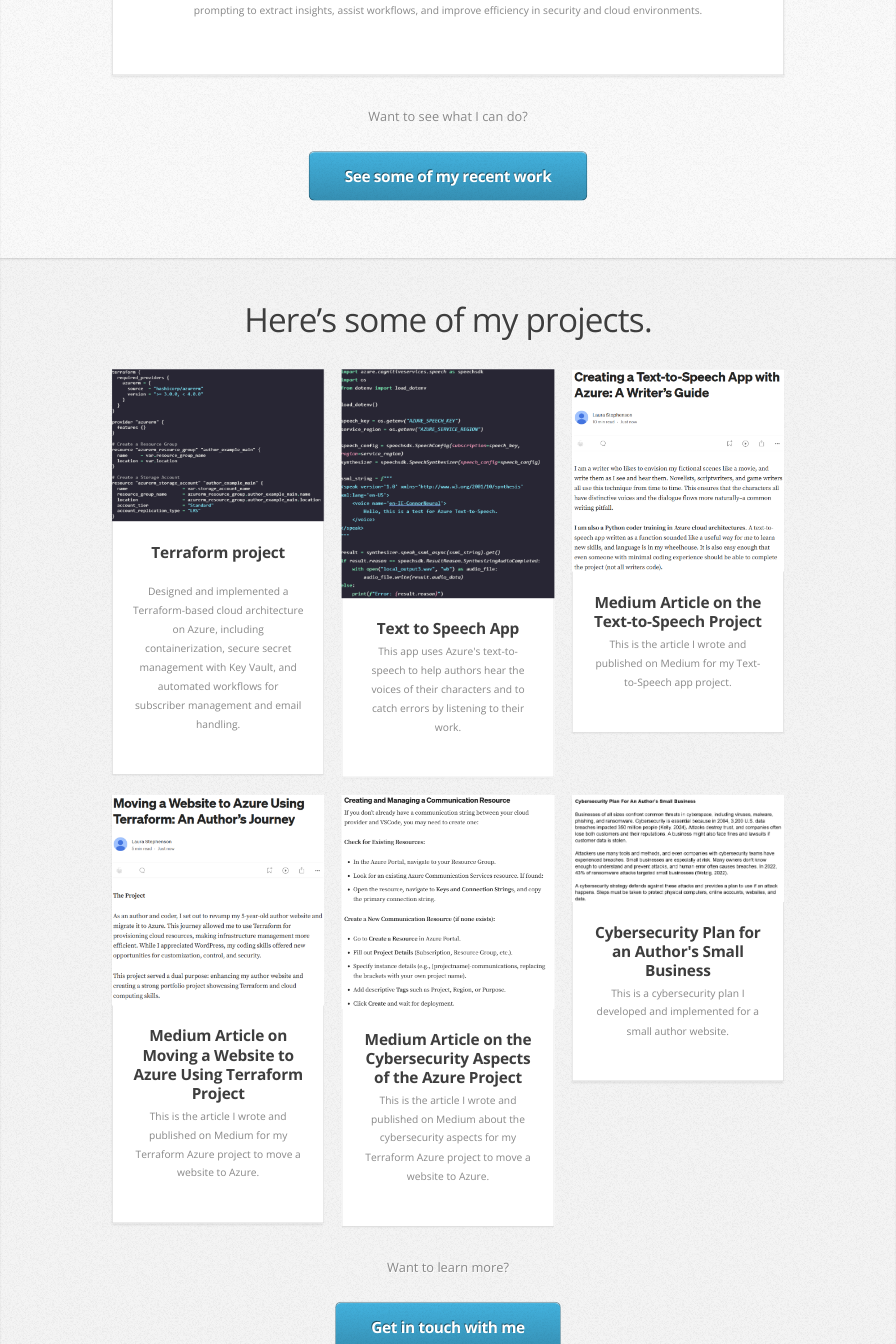
Repository: lauralstephenson/Portfolio_Personal
Page: index.html
These files come from the project's save history. The page is drawn as it stood at one moment and after the next save; the edit follows.
The browser window is 1280 px wide. The pictures show the part of the page from y = 1642 to 3562 px (the page is 4048 px tall), at 70% of full size.
A picture or video elsewhere on the page could not be fetched, so the positions and the page height are approximate.

Above is the page before, as saved 2026-04-21 15:15:44.

### index.html
<!DOCTYPE HTML>
<!--
	Miniport by HTML5 UP
	html5up.net | @ajlkn
	Free for personal and commercial use under the CCA 3.0 license (html5up.net/license)
-->

<html lang="en">
	<head>
		<title>Laura Stephenson Cloud Portfolio Webpage</title>
		<meta charset="utf-8">
		<meta name="viewport" content="width=device-width, initial-scale=1">
		<!-- Font Awesome -->
		<link rel="stylesheet" href="https://cdnjs.cloudflare.com/ajax/libs/font-awesome/5.15.4/css/all.min.css">
		<link rel="stylesheet" href="assets/css/main.css">
	</head>
	<body class="is-preload">

		<!-- Nav -->
			<nav id="nav">
				<ul class="container">
					<li><a href="#top">Top</a></li>
					<li><a href="#work">Work</a></li>
					<li><a href="#portfolio">Portfolio</a></li>
					<li><a href="#contact">Contact</a></li>
				</ul>
			</nav>

		<!-- Home -->
			<article id="top" class="wrapper style1">
				<div class="container">
					<div class="row">
						<div class="col-4 col-5-large col-12-medium">
							<span class="image fit"><img src="images\Circle Cybersecurity Logo.png" alt="" /></span>
						</div>
						<div class="col-8 col-7-large col-12-medium">
							<header>
								<h1>Hi. I'm <strong>Laura Stephenson.</strong></h1>
							</header>
							<p><strong>Cybersecurity analyst focused on cloud security, automation, and Python-based solutions.</strong></p>
							<a href="#work" class="button large scrolly">Learn about what I do</a>
						</div>
					</div>
				</div>
			</article>

		<!-- Work -->
			<article id="work" class="wrapper style2">
				<div class="container">
					<header>
						<h1>Here's what I do.</h1>
					</header>
					<div class="row aln-center equal-height">
						<div class="col-4 col-6-medium col-12-small">
							<section class="box style1">
								<div class="box-content">
									<svg xmlns="http://www.w3.org/2000/svg" height="56" width="56" viewBox="0 0 512 512">
										<!--!Font Awesome Free 6.7.2 by @fontawesome - https://fontawesome.com License - https://fontawesome.com/license/free Copyright 2025 Fonticons, Inc.-->
										<path fill="#77797e" d="M256 0c4.6 0 9.2 1 13.4 2.9L457.7 82.8c22 9.3 38.4 31 38.3 57.2c-.5 99.2-41.3 280.7-213.6 363.2c-16.7 8-36.1 8-52.8 0C57.3 420.7 16.5 239.2 16 140c-.1-26.2 16.3-47.9 38.3-57.2L242.7 2.9C246.8 1 251.4 0 256 0z"/>
									</svg>
									<h3>Cyber Security</h3>
									<p>Analyze alerts, investigate network activity, and document findings in clear, structured reports using SOC workflows. Apply SIEM tools, packet analysis, and the MITRE ATT&CK framework to detect and respond to threats.</p>
								</div>
							</section>
						</div>
							<section class="box style1">
								<div class="box-content">
									<svg xmlns="http://www.w3.org/2000/svg"
									width="56" height="56"
									fill="currentColor"
									class="bi bi-cloud-arrow-up-fill"
									viewBox="0 0 16 16">
										<path d="M8 2a5.53 5.53 0 0 0-3.594 1.342c-.766.66-1.321 1.52-1.464 2.383C1.266 6.095 0 7.555 0 9.318 0 11.366 1.708 13 3.781 13h8.906C14.502 13 16 11.57 16 9.773c0-1.636-1.242-2.969-2.834-3.194C12.923 3.999 10.69 2 8 2m2.354 5.146a.5.5 0 0 1-.708.708L8.5 6.707V10.5a.5.5 0 0 1-1 0V6.707L6.354 7.854a.5.5 0 1 1-.708-.708l2-2a.5.5 0 0 1 .708 0z"/>
									</svg>
									<h3>Cloud Computing</h3>
									<p>Design and maintain secure cloud environments in Azure and AWS, with and without Terraform.</p>
								</div>
							</section>
						</div>
						<div class="col-4 col-6-medium col-12-small">
							<section class="box style1">
								<div class="box-content">
									<svg xmlns="http://www.w3.org/2000/svg" height="56" width="56" viewBox="0 0 576 512">
										<!--!Font Awesome Free 6.7.2 by @fontawesome - https://fontawesome.com License - https://fontawesome.com/license/free Copyright 2025 Fonticons, Inc.-->
										<path fill="#6f7276" d="M248 106.6c18.9-9 32-28.3 32-50.6c0-30.9-25.1-56-56-56s-56 25.1-56 56c0 22.3 13.1 41.6 32 50.6l0 98.8c-2.8 1.3-5.5 2.9-8 4.7l-80.1-45.8c1.6-20.8-8.6-41.6-27.9-52.8C57.2 96 23 105.2 7.5 132S1.2 193 28 208.5c1.3 .8 2.6 1.5 4 2.1l0 90.8c-1.3 .6-2.7 1.3-4 2.1C1.2 319-8 353.2 7.5 380S57.2 416 84 400.5c19.3-11.1 29.4-32 27.8-52.8l50.5-28.9c-11.5-11.2-19.9-25.6-23.8-41.7L88 306.1c-2.6-1.8-5.2-3.3-8-4.7l0-90.8c2.8-1.3 5.5-2.9 8-4.7l80.1 45.8c-.1 1.4-.2 2.8-.2 4.3c0 22.3 13.1 41.6 32 50.6l0 98.8c-18.9 9-32 28.3-32 50.6c0 30.9 25.1 56 56 56c30.7 0 55.6-24.7 56-55.2c-7.5-12.9-13.5-26.8-17.6-41.5c-4.2-4-9.1-7.3-14.4-9.9l0-98.8c2.8-1.3 5.5-2.9 8-4.7l10.5 6c5.5-15.3 13.1-29.5 22.4-42.5l-9.1-5.2c.1-1.4 .2-2.8 .2-4.3c0-22.3-13.1-41.6-32-50.6l0-98.8zM440.5 132C425 105.2 390.8 96 364 111.5c-19.3 11.1-29.4 32-27.8 52.8l-50.6 28.9c11.5 11.2 19.9 25.6 23.8 41.7L360 205.9c.4 .3 .8 .6 1.3 .9c21.7-9.5 45.6-14.8 70.8-14.8c2 0 4 0 5.9 .1c12.1-17.3 13.8-40.6 2.6-60.1zM432 512a144 144 0 1 0 0-288 144 144 0 1 0 0 288zm47.9-225c4.3 3.7 5.4 9.9 2.6 14.9L452.4 356l35.6 0c5.2 0 9.8 3.3 11.4 8.2s-.1 10.3-4.2 13.4l-96 72c-4.5 3.4-10.8 3.2-15.1-.6s-5.4-9.9-2.6-14.9L411.6 380 376 380c-5.2 0-9.8-3.3-11.4-8.2s.1-10.3 4.2-13.4l96-72c4.5-3.4 10.8-3.2 15.1 .6z"/>
									</svg>
									<h3>Artificial Intelligence</h3>
									<p>Apply prompt engineering techniques to use AI tools for analysis, automation, and investigation support. Use APIs and structured prompting to extract insights, assist workflows, and improve efficiency in security and cloud environments.</p>
								</div>
							</section>
						</div>
					</div>
					<footer>
						<p>Want to see what I can do?</p>
						<a href="#portfolio" class="button large scrolly">See some of my recent work</a>
					</footer>
				</div>
			</article>

		<!-- Portfolio -->
			<article id="portfolio" class="wrapper style3">
				<div class="container">
					<header>
						<h1>Here’s some of my projects.</h1>
					</header>
					<div class="row aln-center equal-height">
						<div class="col-4 col-6-medium col-12-small">
							<article class="box style2">
								<div class="box-content">
									<a href="https://github.com/lauralstephenson/pseudocode_terraform_examples_for_website" class="image featured"><img src="images\terraform_portfolio_pic.png" alt="" /></a>
									<h3><a href="https://github.com/lauralstephenson/pseudocode_terraform_examples_for_website">Terraform project</a></h3>
									<p><p>Designed and implemented a Terraform-based cloud architecture on Azure, including containerization, secure secret management with Key Vault, and automated workflows for subscriber management and email handling.</p>

									</p>
								</div>
							</article>
						</div>
						<div class="col-4 col-6-medium col-12-small">
							<article class="box style2">
								<div class="box-content">
									<a href="https://github.com/lauralstephenson/cloud_py_portfolio/tree/main/Text_to_Speech" class="image featured"><img src="images\screenshot_text_to_speech_app.png" alt="" /></a>
									<h3><a href="https://github.com/lauralstephenson/cloud_py_portfolio/tree/main/Text_to_Speech">Text to Speech App</a></h3>
									<p>This app uses Azure's text-to-speech to help authors
										hear the voices of their characters and to catch errors
										by listening to their work.
									</p>
								</div>
							</article>
						</div>
						<div class="col-4 col-6-medium col-12-small">
							<article class="box style2">
								<div class="box-content">
									<a href="https://medium.com/@lstephenson556/creating-a-text-to-speech-app-with-azure-a-writers-guide-46cbf42556f0" class="image featured"><img src="images\screenshot_medium_text_to_speech_article.png" alt="" /></a>
									<h3><a href="https://medium.com/@lstephenson556/creating-a-text-to-speech-app-with-azure-a-writers-guide-46cbf42556f0">Medium Article on the Text-to-Speech Project</a></h3>
									<p>This is the article I wrote and published on Medium for my Text-to-Speech app project.</p>
								</div>
							</article>
						</div>
						<div class="col-4 col-6-medium col-12-small">
							<article class="box style2">
								<div class="box-content">
									<a href="https://medium.com/@lstephenson556/moving-a-website-to-azure-using-terraform-an-authors-journey-1ab68dd8db76"
									class="image featured"><img src="images\screenshot_medium_terraform_azure_article.png" alt="" /></a>
									<h3><a href="https://medium.com/@lstephenson556/moving-a-website-to-azure-using-terraform-an-authors-journey-1ab68dd8db76">Medium Article on Moving a Website to Azure Using Terraform Project</a></h3>
									<p>This is the article I wrote and published on Medium for my Terraform Azure project to move a website to Azure.</p>
								</div>
							</article>
						</div>
						<div class="col-4 col-6-medium col-12-small">
							<article class="box style2">
								<div class="box-content">
									<a href="https://medium.com/@lstephenson556/cybersecurity-aspects-of-creating-an-author-website-with-terraform-12f4682b89b7"
									class="image featured"><img src="images/cybersecurity_plan_medium.png" alt="Segment of Medium article about a cybersecurity plan" /></a>
									<h3><a href="https://medium.com/@lstephenson556/cybersecurity-aspects-of-creating-an-author-website-with-terraform-12f4682b89b7">Medium Article on the Cybersecurity Aspects of the Azure Project</a></h3>
									<p>This is the article I wrote and published on Medium about the cybersecurity aspects for my Terraform Azure project to move a website to Azure.</p>
								</div>
							</article>
						</div>
						<div class="col-4 col-6-medium col-12-small">
							<article class="box style2">
								<div class="box-content">
									<a href="Cybersecurity Plan For A Small Author Business.pdf"
									class="image featured"><img src="images/cybersecurity_plan.png" alt="Snap of Cybersecurity Plan" /></a>
									<h3><a href="Cybersecurity Plan For A Small Author Business.pdf">Cybersecurity Plan for an Author's Small Business</a></h3>
									<p>This is a cybersecurity plan I developed and implemented for a small author website.</p>
								</div>
							</article>
						</div>
					</div>
					<footer>
						<p>Want to learn more?</p>
						<a href="mailto:laurastephensoncareer@gmail.com" class="button large scrolly">Get in touch with me</a>
					</footer>
				</div>
			</article>

		<!-- Contact
			<article id="contact" class="wrapper style4">
				<div class="container medium">
					<header>
						<h2>Let me build for you.</h2>
						<p>Contact me.</p>
					</header>
					<div class="row">
						<div class="col-12">
							<form method="post" action="https://<your-function-app-name>.azurewebsites.net/api/send-email">
								<div class="row">
									<div class="col-6 col-12-small">
										<input type="text" name="name" id="name" placeholder="Name" />
									</div>
									<div class="col-6 col-12-small">
										<input type="text" name="email" id="email" placeholder="Email" />
									</div>
									<div class="col-12">
										<input type="text" name="subject" id="subject" placeholder="Subject" />
									</div>
									<div class="col-12">
										<textarea name="message" id="message" placeholder="Message"></textarea>
									</div>
									<div class="col-12">
										<ul class="actions">
											<li><input type="submit" value="Send Message" /></li>
											<li><input type="reset" value="Clear Form" class="alt" /></li>
										</ul>
									</div>
								</div>
							</form>
						</div -->

						<div class="col-12 center-content footer-custom">
							<hr />
							<p class="find-me-on">Find me on...</p>
							<div class="footer-custom">
								<ul class="social">
									<li><a href="https://www.linkedin.com/in/laurastephenson82/">
										<i class="fab fa-linkedin"></i></a></li>
									<li><a href="https://github.com/lauralstephenson/">
										<i class="fab fa-github"></i></a></li>
									<li><a href="mailto:laurastephensoncareer@gmail.com">
										<i class="fas fa-envelope"></i></a></li>
								</ul>
							</div>
							<hr />
						</div>



						<footer>
							<div class="footer-custom">
								<ul id="copyright">
									<li>&copy; Laura Stephenson © 2024. All rights reserved.</li>
									<li>Design: <a href="http://html5up.net">HTML5 UP</a></li>
								</ul>
						</footer>

			<!--
								<li><a href="#" class="icon brands fa-twitter"><span class="label">Twitter</span></a></li>
								<li><a href="#" class="icon brands fa-tumblr"><span class="label">Tumblr</span></a></li>
								<li><a href="#" class="icon solid fa-rss"><span>RSS</span></a></li>
								<li><a href="#" class="icon brands fa-instagram"><span>Instagram</span></a></li>
								<li><a href="#" class="icon brands fa-foursquare"><span>Foursquare</span></a></li>
								<li><a href="#" class="icon brands fa-skype"><span>Skype</span></a></li>
								<li><a href="#" class="icon brands fa-soundcloud"><span>Soundcloud</span></a></li>
								<li><a href="#" class="icon brands fa-youtube"><span>YouTube</span></a></li>
								<li><a href="#" class="icon brands fa-blogger"><span>Blogger</span></a></li>
								<li><a href="#" class="icon brands fa-flickr"><span>Flickr</span></a></li>
								<li><a href="#" class="icon brands fa-vimeo"><span>Vimeo</span></a></li>
								-->

		<!-- Scripts -->
			<script src="assets/js/jquery.min.js"></script>
			<script src="assets/js/jquery.scrolly.min.js"></script>
			<script src="assets/js/browser.min.js"></script>
			<script src="assets/js/breakpoints.min.js"></script>
			<script src="assets/js/util.js"></script>
			<script src="assets/js/main.js"></script>

	</body>
</html>

Loaded but not shown: assets/js/jquery.min.js (library); assets/js/jquery.scrolly.min.js (common file); assets/js/browser.min.js (common file); assets/js/breakpoints.min.js (common file); assets/js/util.js (587 lines, source omitted); assets/js/main.js (34 lines, source omitted); assets/css/main.css (2549 lines, source omitted)

After the next save:
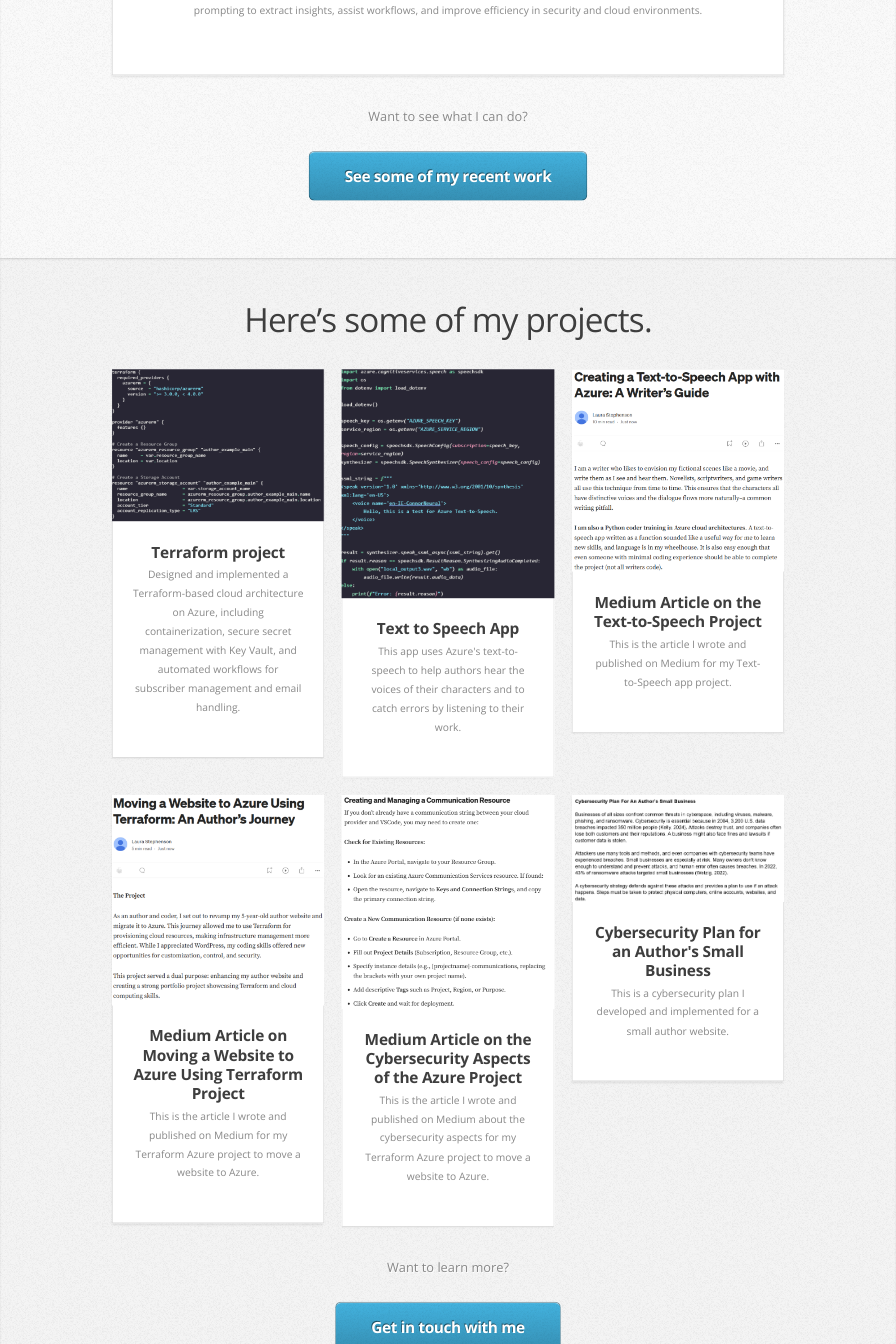
Saved 2 days later.
--- a/index.html
+++ b/index.html
@@ -109,7 +109,7 @@
 								<div class="box-content">
 									<a href="https://github.com/lauralstephenson/pseudocode_terraform_examples_for_website" class="image featured"><img src="images\terraform_portfolio_pic.png" alt="" /></a>
 									<h3><a href="https://github.com/lauralstephenson/pseudocode_terraform_examples_for_website">Terraform project</a></h3>
-									<p><p>Designed and implemented a Terraform-based cloud architecture on Azure, including containerization, secure secret management with Key Vault, and automated workflows for subscriber management and email handling.</p>
+									<p>Designed and implemented a Terraform-based cloud architecture on Azure, including containerization, secure secret management with Key Vault, and automated workflows for subscriber management and email handling.</p>
 
 									</p>
 								</div>
